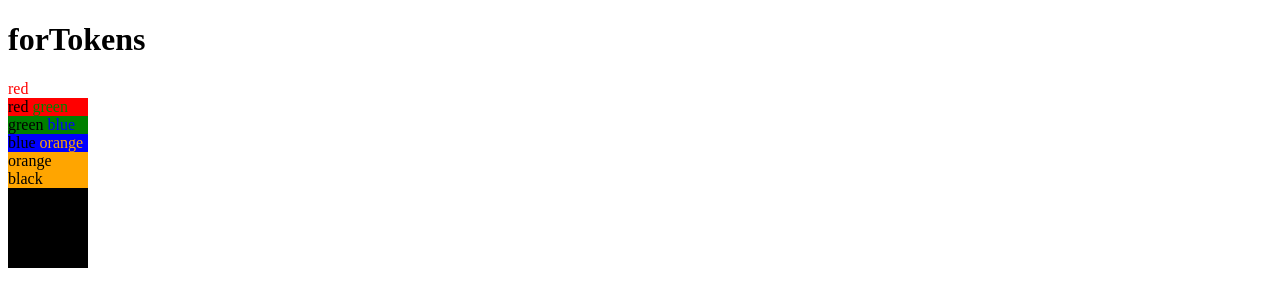
Repository: Jh1227/JSP
Page: http://localhost/13_JSTL/ex07_forTokens.jsp
The author's editor kept a copy of each file at every save. The page is drawn from the files as they stood at one save, then again after the next save.
The browser window is 1280 px wide. The pictures show the whole page.
The page is served by Tomcat 9. Other server files are loaded and not shown.

Above is the page before, as saved 2023-04-11 03:49:24.

### 13_JSTL/src/main/webapp/ex07_forTokens.jsp

<!-- ex07_forTokens.jsp -->

<%@ page language="java" contentType="text/html; charset=UTF-8"
    pageEncoding="UTF-8"%>
<%@ taglib prefix ="c" uri ="http://java.sun.com/jsp/jstl/core" %>
<!DOCTYPE html>
<html>
<head>
<meta charset="UTF-8">
<title>ex07_forTokens.jsp</title>
</head>
<body>
	<h1>forTokens</h1>
	<%--
		# 토큰( token )
		- 문법적으로 의미있는 최소단위 입니다
		- 여기서는 문자열을 구분하는 구분자로 분리되는 문자열의 구성 요소입니다

		# <c:forTokens> : Java 의 StringTokenizer 클래스와 동일합니다
		- <c:forTokens var ="변수명" items ="문자열" delims ="문자열 구분자"/>
	--%>
	<%
		String colors = "red,green,blue,orange,black";
	%>
	<c:forTokens var ="stn" items ="<%=colors %>" delims =",">
		<span style ="color:${stn };"> ${stn } </span>
		<div style ="width: 80px; height: 80px; background-color:${stn };"> ${stn } </span>
	</c:forTokens>
</body>
</html>

After the next save:
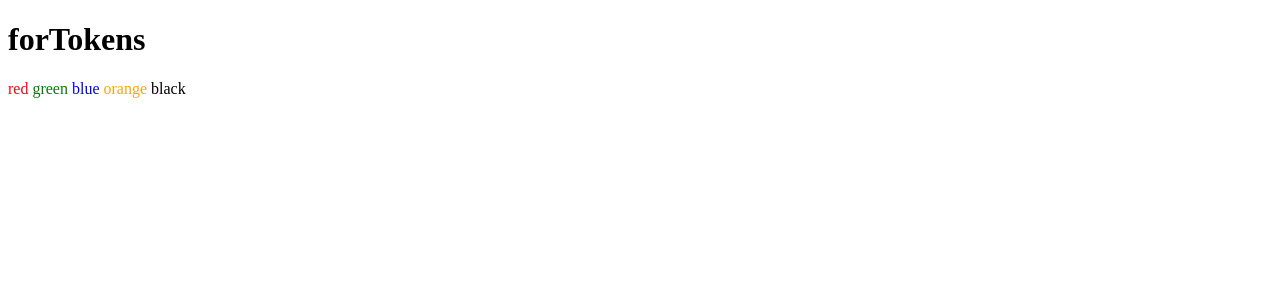
Saved 12 s later.
--- a/13_JSTL/src/main/webapp/ex07_forTokens.jsp
+++ b/13_JSTL/src/main/webapp/ex07_forTokens.jsp
@@ -25,7 +25,6 @@
 	%>
 	<c:forTokens var ="stn" items ="<%=colors %>" delims =",">
 		<span style ="color:${stn };"> ${stn } </span>
-		<div style ="width: 80px; height: 80px; background-color:${stn };"> ${stn } </span>
 	</c:forTokens>
 </body>
 </html>
